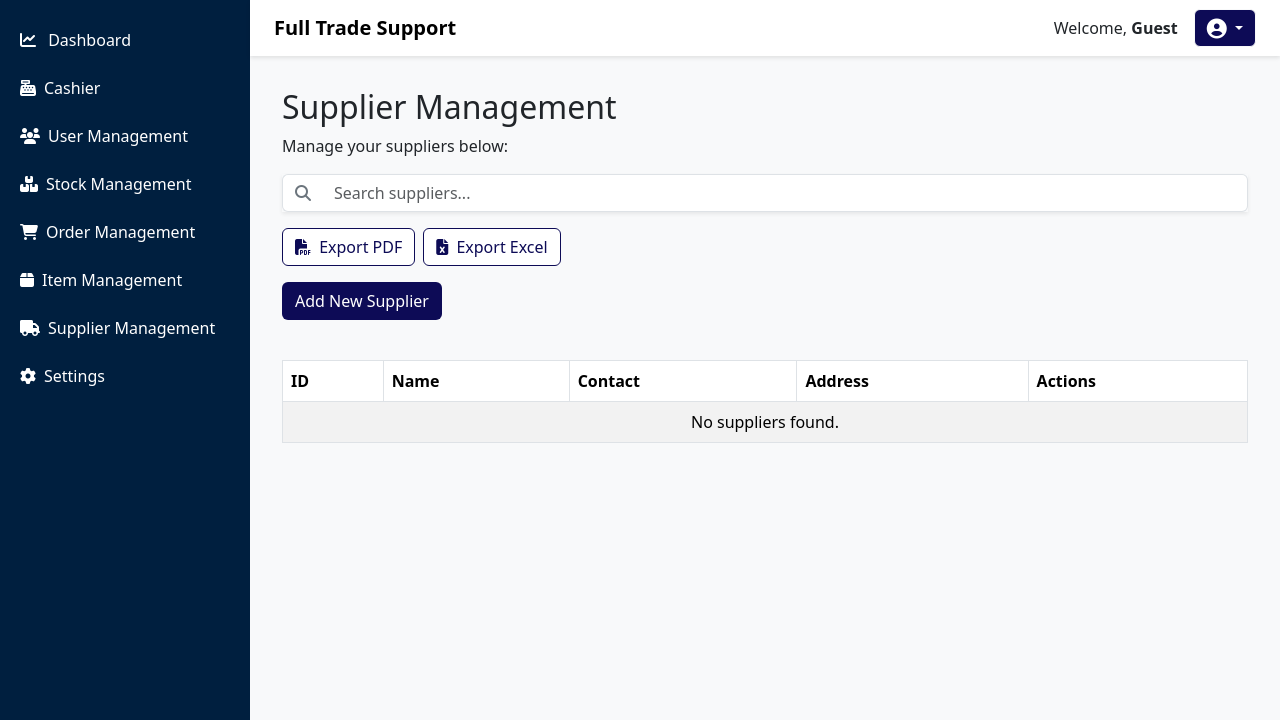
Repository: LakviduUpasara/onlineSparePartsManagementSystem
Page: http://localhost/Spare_parts_Management_Systems/supplier-list
These files come from the project's save history. The page is drawn as it stood at one moment and after the next save; the edit follows.
The browser window is 1280 px wide. The pictures show the whole page.
The page is served by Tomcat 9. Other server files are loaded and not shown. Queries for data that is not in the repository find no rows.

Above is the page before, as saved 2025-05-15 03:54:15.

### Project/Project/Spare_parts_Management_Systems/src/main/webapp/Maneger/maneger_dashbord.jsp
<%@ page language="java" contentType="text/html; charset=UTF-8" pageEncoding="UTF-8"%>
<%@ page import="java.util.*, com.spareparts.model.Supplier" %>


<!DOCTYPE html>
<html lang="en">
<head>
  <meta charset="UTF-8">
  <title>Full Trade Support Dashboard</title>
  <link href="https://cdn.jsdelivr.net/npm/bootstrap@5.3.2/dist/css/bootstrap.min.css" rel="stylesheet">
  <link href="https://cdnjs.cloudflare.com/ajax/libs/font-awesome/6.5.0/css/all.min.css" rel="stylesheet">
  <style>
    body {
      display: flex;
      min-height: 100vh;
      overflow-x: hidden;
    }
    .sidebar {
      width: 250px;
      background-color: #001f3f;
      color: #fff;
      flex-shrink: 0;
      padding-top: 1rem;
    }
    .sidebar a {
      display: block;
      padding: 12px 20px;
      color: #fff;
      text-decoration: none;
      transition: background 0.3s;
    }
    .sidebar a:hover {
      background-color: #003366;
    }
    .sidebar h5 {
      text-align: center;
      margin-bottom: 1rem;
      font-weight: bold;
    }
    .main-content {
      flex-grow: 1;
      background: #f8f9fa;
    }
    .navbar {
      background-color: #ffffff;
      box-shadow: 0 2px 4px rgba(0,0,0,0.1);
    }
    .dashboard-content {
      padding: 2rem;
    }
    .custom-header {
      background-color: #0d0b56; /* Match navigation blue */
      color: white;
    }
    .btn {
      background-color: #0d0b56;
      color: white;
    }
    .btn:hover {
      background-color: #003366;
    }
    .export-btn {
      background-color: #ffffff;
      color: #0d0b56;
      border: 1px solid #0d0b56;
    }
    .export-btn:hover {
      background-color: #0d0b56;
      color: #ffffff;
    }
  </style>
</head>
<body>

  <!-- Sidebar -->
  <div class="sidebar">

    <a href="${pageContext.request.contextPath}/dashboard"><i class="fas fa-chart-line me-2"></i> Dashboard</a>
    <a href="${pageContext.request.contextPath}/cashier"><i class="fas fa-cash-register me-2"></i>Cashier</a>
    <a href="${pageContext.request.contextPath}/GetAllServlet"><i class="fas fa-users me-2"></i>User Management</a>
    <a href="${pageContext.request.contextPath}/item-list"><i class="fas fa-boxes me-2"></i>Stock Management</a>
    <a href="#"><i class="fas fa-shopping-cart me-2"></i>Order Management</a>
    <a href=""${pageContext.request.contextPath}/item-list""><i class="fas fa-box me-2"></i>Item Management</a>

    <a href="${pageContext.request.contextPath}/supplier-list"><i class="fas fa-truck me-2"></i>Supplier Management</a>
    <a href="${pageContext.request.contextPath}/profile.jsp" data-bs-toggle="collapse" data-bs-target="#settingsMenu"><i class="fas fa-gear me-2"></i>Settings</a>
    <div class="collapse ms-3" id="settingsMenu">
      <a href="${pageContext.request.contextPath}/profile.jsp" class="d-block mt-1"><i class="fas fa-sliders-h me-2"></i>Profile</a></li>
    </div>
  </div>

  <!-- Main Content -->
  <div class="main-content w-100">
    <nav class="navbar navbar-expand-lg navbar-light px-4">
      <a class="navbar-brand fw-bold" href="#">Full Trade Support</a>
      <div class="ms-auto d-flex align-items-center">
        <span class="me-3">
          Welcome, <strong><%= session.getAttribute("Name") != null ? session.getAttribute("Name") : "Guest" %></strong>
        </span>
        <div class="dropdown">
          <a class="btn btn-light dropdown-toggle" href="#" role="button" data-bs-toggle="dropdown">
            <i class="fas fa-user-circle fa-lg"></i>
          </a>
          <ul class="dropdown-menu dropdown-menu-end">
            <li><a class="dropdown-item" href="${pageContext.request.contextPath}/profile.jsp"><i class="fas fa-id-badge me-2"></i>Profile</a></li>
            <li><hr class="dropdown-divider"></li>
            <li><a class="dropdown-item text-danger" href="${pageContext.request.contextPath}/LogoutServlet"><i class="fas fa-sign-out-alt me-2"></i>Logout</a></li>
          </ul>
        </div>
      </div>
    </nav>

    <!-- Supplier Management Section -->
    <div class="dashboard-content">
      <h2>Supplier Management</h2>
      <p>Manage your suppliers below:</p>

      <!-- Search Bar -->
      <div class="mb-3 w-100">
        <div class="input-group shadow-sm">
          <span class="input-group-text bg-white border-end-0">
            <i class="fas fa-search text-secondary"></i>
          </span>
          <input type="text" id="searchInput" class="form-control border-start-0" placeholder="Search suppliers...">
        </div>
      </div>

      <!-- Export Buttons -->
      <div class="mb-3 d-flex gap-2">
        <button onclick="exportTableToPDF()" class="btn export-btn">
          <i class="fas fa-file-pdf me-1"></i> Export PDF
        </button>
        <button onclick="exportTableToExcel()" class="btn export-btn">
          <i class="fas fa-file-excel me-1"></i> Export Excel
        </button>
      </div>

      <!-- Add Button -->
      <button class="btn" data-bs-toggle="modal" data-bs-target="#addSupplierModal" style="background-color: #0d0b56; color: white; margin-bottom: 1rem;">
        Add New Supplier
      </button>

      <!-- Supplier Table -->
      <div class="table-container mt-4">
        <table class="table table-bordered table-striped" id="supplier-table">
          <thead class="custom-header">
            <tr>
              <th>ID</th>
              <th>Name</th>
              <th>Contact</th>
              <th>Address</th>
              <th>Actions</th>
            </tr>
          </thead>
          <tbody>
            <%
              List<Supplier> supplierList = (List<Supplier>) request.getAttribute("supplierList");
              if (supplierList != null && !supplierList.isEmpty()) {
                for (Supplier s : supplierList) {
            %>
            <tr>
              <td><%= s.getSupplierID() %></td>
              <td><%= s.getSupplierName() %></td>
              <td><%= s.getContactNumber() %></td>
              <td><%= s.getAddress() %></td>
              <td>
                <div class="d-flex gap-2">
                  <a href="supplier-update?id=<%= s.getSupplierID() %>" class="btn btn-sm btn-outline-primary">
                      <i class="fas fa-edit"></i>
                  </a>
                  <a href="supplier-delete?id=<%= s.getSupplierID() %>" class="btn btn-sm btn-outline-danger" onclick="return confirm('Are you sure?')">
                      <i class="fas fa-trash-alt"></i>
                  </a>
                </div>
              </td>
            </tr>
            <% } } else { %>
            <tr>
              <td colspan="5" class="text-center">No suppliers found.</td>
            </tr>
            <% } %>
          </tbody>
        </table>
      </div>
    </div>

    <!-- Add Supplier Modal -->
    <div class="modal fade" id="addSupplierModal" tabindex="-1" aria-labelledby="addSupplierModalLabel" aria-hidden="true">
      <div class="modal-dialog">
        <form action="${pageContext.request.contextPath}/supplier-add" method="post" class="modal-content">
          <div class="modal-header">
            <h5 class="modal-title">Add New Supplier</h5>
            <button type="button" class="btn-close" data-bs-dismiss="modal"></button>
          </div>
          <div class="modal-body">
            <div class="mb-3">
              <label for="supplierName" class="form-label">Supplier Name</label>
              <input type="text" class="form-control" id="supplierName" name="supplierName" required>
            </div>
            <div class="mb-3">
              <label for="contactNumber" class="form-label">Contact Number</label>
              <input type="text" class="form-control" id="contactNumber" name="contactNumber" required>
            </div>
            <div class="mb-3">
              <label for="address" class="form-label">Address</label>
              <textarea class="form-control" id="address" name="address" required></textarea>
            </div>
          </div>
          <div class="modal-footer">
            <button type="submit" class="btn btn-primary">Add Supplier</button>
            <button type="button" class="btn btn-secondary" data-bs-dismiss="modal">Cancel</button>
          </div>
        </form>
      </div>
    </div>

    <!-- JS Scripts -->
    <script src="https://cdn.jsdelivr.net/npm/bootstrap@5.3.2/dist/js/bootstrap.bundle.min.js"></script>
    <script>
      function filterTable() {
        const input = document.getElementById("searchInput");
        const filter = input.value.toUpperCase();
        const table = document.querySelector("#supplier-table");
        const rows = table.getElementsByTagName("tr");

        for (let i = 1; i < rows.length; i++) {
          let rowVisible = false;
          const cells = rows[i].getElementsByTagName("td");

          for (let j = 0; j < cells.length - 1; j++) {
            if (cells[j]) {
              const text = cells[j].textContent || cells[j].innerText;
              if (text.toUpperCase().indexOf(filter) > -1) {
                rowVisible = true;
                break;
              }
            }
          }
          rows[i].style.display = rowVisible ? "" : "none";
        }
      }

      document.getElementById("searchInput").addEventListener("input", filterTable);

      async function exportTableToPDF() {
        const { jsPDF } = window.jspdf;
        const doc = new jsPDF();

        const table = document.getElementById('supplier-table');
        const headers = [];
        const data = [];

        const headerCells = table.querySelectorAll('thead tr th');
        headerCells.forEach((th, index) => {
          if (index < headerCells.length - 1) {
            headers.push(th.innerText.trim());
          }
        });

        const rows = table.querySelectorAll('tbody tr');
        rows.forEach(row => {
          const rowData = [];
          const cells = row.querySelectorAll('td');
          cells.forEach((td, index) => {
            if (index < cells.length - 1) {
              rowData.push(td.innerText.trim());
            }
          });
          if (rowData.length > 0) {
            data.push(rowData);
          }
        });

        doc.autoTable({
          head: [headers],
          body: data,
          theme: 'grid',
          headStyles: { fillColor: [13, 11, 86] },
          styles: { fontSize: 9 }
        });

        doc.save('supplier_data.pdf');
      }

      function exportTableToExcel() {
        var table = document.getElementById('supplier-table');
        var wb = XLSX.utils.table_to_book(table, { sheet: "Suppliers" });
        XLSX.writeFile(wb, 'supplier_data.xlsx');
      }
    </script>
    <script src="https://cdnjs.cloudflare.com/ajax/libs/xlsx/0.18.5/xlsx.full.min.js"></script>
    <script src="https://cdnjs.cloudflare.com/ajax/libs/jspdf/2.5.1/jspdf.umd.min.js"></script>
    <script src="https://cdnjs.cloudflare.com/ajax/libs/jspdf-autotable/3.5.23/jspdf.plugin.autotable.min.js"></script>
</body>
</html>

### Project/Project/Spare_parts_Management_Systems/src/main/java/com/spareparts/servlet/SupplierListServlet.java
package com.spareparts.servlet;

import com.spareparts.controller.SupplierController;
import com.spareparts.model.Supplier;

import javax.servlet.RequestDispatcher;
import javax.servlet.ServletException;
import javax.servlet.annotation.WebServlet;
import javax.servlet.http.*;
import java.io.IOException;
import java.util.List;

@WebServlet("/supplier-list")
public class SupplierListServlet extends HttpServlet {

    protected void doGet(HttpServletRequest request, HttpServletResponse response)
            throws ServletException, IOException {


        List<Supplier> supplierList = SupplierController.getAllSuppliers();

        // Set it in request scope
        request.setAttribute("supplierList", supplierList);

        // Forward to JSP (manager.jsp or supplier-list.jsp)
        RequestDispatcher dispatcher = request.getRequestDispatcher("Maneger/maneger_dashbord.jsp"); // Or supplier-list.jsp
        dispatcher.forward(request, response);
    }
}

### Project/Project/Spare_parts_Management_Systems/src/main/java/com/spareparts/util/DBConnection.java
package com.spareparts.util;

import java.sql.Connection;
import java.sql.DriverManager;

public class DBConnection {
	private static String url = "jdbc:mysql://localhost:3306/Spareparts";
	private static String user = "root";
	private static String pass = "Lakvidu@2001";
	private static Connection con;

	public static Connection getConnection() {
		try {
			Class.forName("com.mysql.jdbc.Driver");
			con = DriverManager.getConnection(url, user, pass);
		}
		catch(Exception e) {
			System.out.println("Database not connect !");
		}
		return con;
	}



}

After the next save:
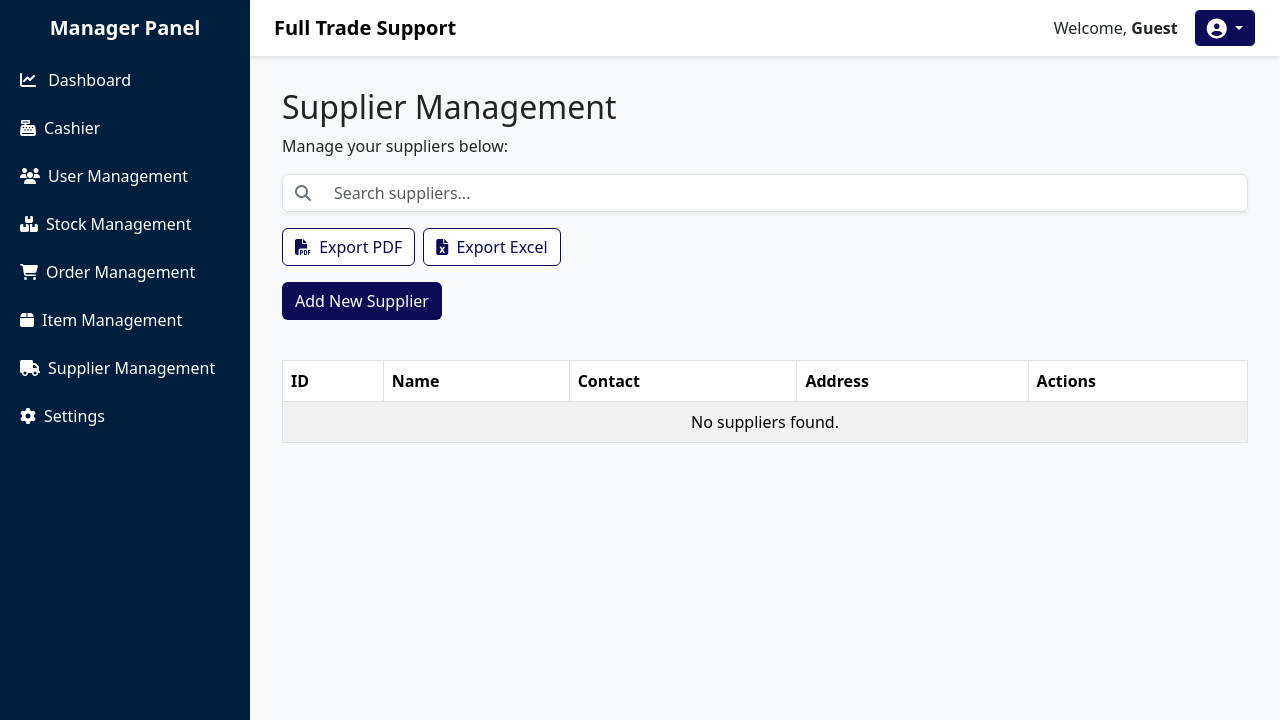
Saved 2 s later.
--- a/Project/Project/Spare_parts_Management_Systems/src/main/webapp/Maneger/maneger_dashbord.jsp
+++ b/Project/Project/Spare_parts_Management_Systems/src/main/webapp/Maneger/maneger_dashbord.jsp
@@ -74,7 +74,7 @@
 
   <!-- Sidebar -->
   <div class="sidebar">
-
+  	<h5 class="text-center fw-bold">Manager Panel</h5>
     <a href="${pageContext.request.contextPath}/dashboard"><i class="fas fa-chart-line me-2"></i> Dashboard</a>
     <a href="${pageContext.request.contextPath}/cashier"><i class="fas fa-cash-register me-2"></i>Cashier</a>
     <a href="${pageContext.request.contextPath}/GetAllServlet"><i class="fas fa-users me-2"></i>User Management</a>
